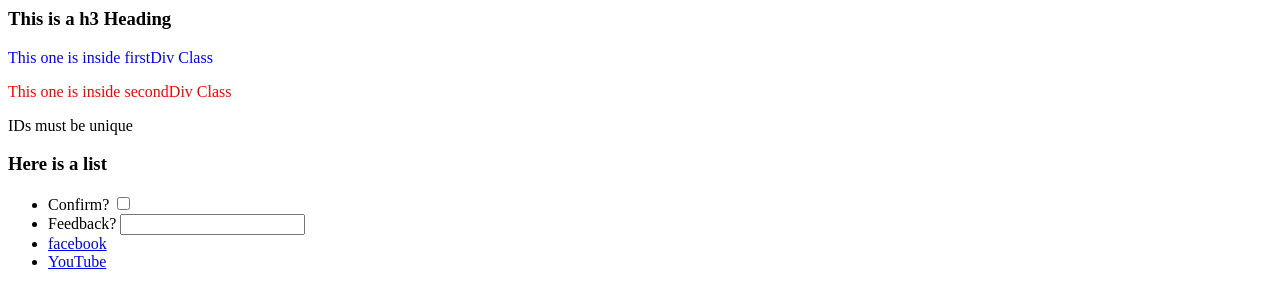
Repository: MonwarAdeeb/Bista_Solutions
Page: HTML & CSS/CSS/Level One/03. Apply Style on Subsets.html
An editor plug-in stored every save of this project. The page is shown before and after a run of saves, followed by the edit.
The browser window is 1280 px wide. The pictures show the whole page.

Above is the page before, as saved 2021-05-19 17:02:11.

After the next 6 saves:
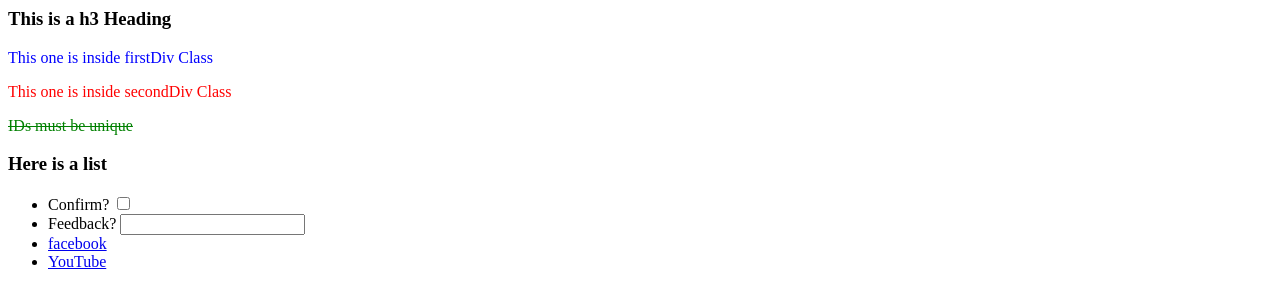
The 6 saves are shown as one change because they came seconds apart.
The last was saved 13 s later.
--- a/HTML & CSS/CSS/Level One/03. Apply Style on Subsets.css
+++ b/HTML & CSS/CSS/Level One/03. Apply Style on Subsets.css
@@ -10,6 +10,7 @@ classname has a (.) oot before their name */
 
 /* styling on a paragraph with ID */
 
-#singledout{
-
+#singledout {
+  color: green;
+  text-decoration: line-through;
 }
